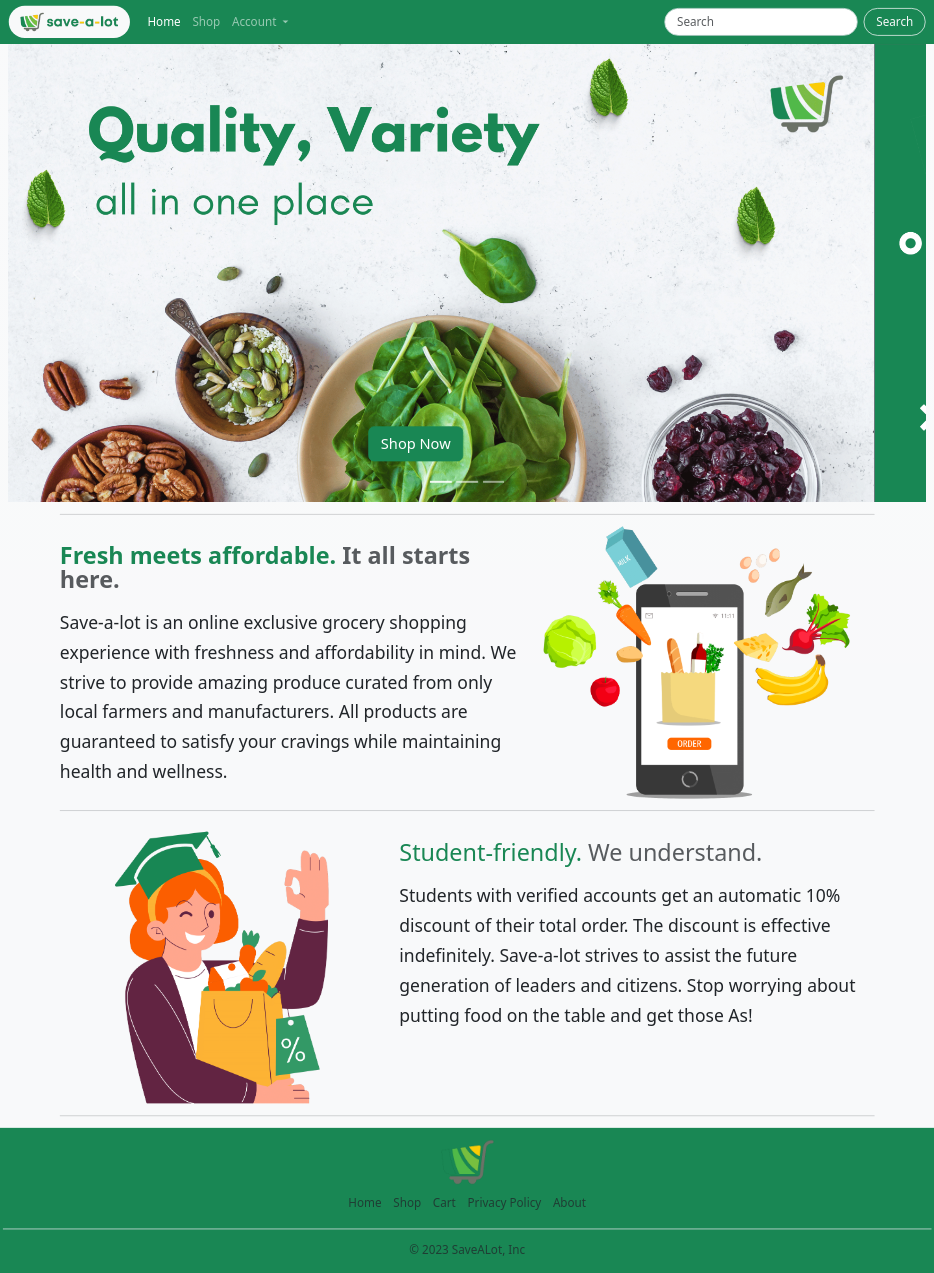
Repository: bill071194/savealot
Page: savealot/resources/views/index.blade.php
The author's editor kept a record of every edit. The page is drawn from the files as they stood at one moment, then again after the next edit.
The browser window is 1280 px wide. The pictures show the whole page, at 73% of full size.
The page is served by the project's Laravel application, run on PHP 8.4 with Laravel 10. Other server files are loaded and not shown. The template is opened directly, without the code that normally fills it, so the values that code supplies are empty.

Above is the page before.

### savealot/routes/web.php
<?php

use Illuminate\Support\Facades\Route;
use App\Http\Controllers\Auth\LoginController;
use App\Http\Controllers\Auth\RegisterController;
use App\Http\Controllers\InventoryController;
use App\Http\Controllers\OrderController;

/*
|--------------------------------------------------------------------------
| Web Routes
|--------------------------------------------------------------------------
|
| Here is where you can register web routes for your application. These
| routes are loaded by the RouteServiceProvider and all of them will
| be assigned to the "web" middleware group. Make something great!
|
*/

// Adding more default view in //
// Route::view('/index', 'index');
Route::view('/shop', 'shop');
Route::view('/login', 'login');
Route::view('/register', 'register');
// Route::view('/cart', 'cart');
Route::view('/admin', 'admin');
// Route::get('/{page}', function (string $page) {
//     return view("$page");
// });
// These might all be phased out later //



// Route::get('/', function () {
//     return view('index.html');
// });

// Route::get('/', function () {
//     return view('index');
// });

Auth::routes();

Route::get('/home', [App\Http\Controllers\HomeController::class, 'index'])->name('home');

// Route::resource('inventory',InventoryController::class)
//     ->only(['index']);

// Route::get('/inventory', [App\Http\Controllers\InventoryController::class, 'index']);
// Route::get('/inventory/{id}', [App\Http\Controllers\InventoryController::class, 'show']);
Route::get('/shop', [App\Http\Controllers\InventoryController::class, 'shop']);


Route::controller(InventoryController::class)->group(function () {
    Route::get('/', 'homepage');
    Route::get('/index', 'homepage');
    Route::get('/inventory', 'index');
    Route::get('/inventory/create', 'create');
    Route::post('/inventory/create', 'store');
    Route::get('/inventory/{id}', 'edit');
    Route::post('/inventory/{id}', 'update');
    Route::post('/inventory/{id}/destroy', 'destroy');
    Route::get('/shop/{id}', 'show');
    Route::post('/shop/{id}/addToCart', 'addToCart');
    Route::post('/shop/{id}/removeFromCart', 'removeFromCart');
    Route::get('/search', 'search');
    Route::get('/cart', 'cart');
    Route::post('/emptyCart', 'emptyCart');
});

Route::controller(OrderController::class)->group(function () {
   Route::post('/cart/checkout', 'checkOut');
});

### savealot/resources/views/index.blade.php
@extends('layouts.base1b')

@section('title', 'Save-a-lot Home')
@section('activeHome', 'active')

@section('main')
<div id="myCarousel" class="carousel slide" data-bs-ride="carousel">
    <div class="carousel-indicators">
      <button type="button" data-bs-target="#myCarousel" data-bs-slide-to="0" class="active" aria-label="Slide 1" aria-current="true"></button>
      <button type="button" data-bs-target="#myCarousel" data-bs-slide-to="1" aria-label="Slide 2" class=""></button>
      <button type="button" data-bs-target="#myCarousel" data-bs-slide-to="2" aria-label="Slide 3" class=""></button>
    </div>
    <div class="carousel-inner">
      <div class="carousel-item active">
        <img src="pics/carousel1.png" alt="carousel1" class="center">
        <div class="container">
          <div class="carousel-caption">
            <p><a class="btn btn-lg btn-success" href="/shop">Shop Now</a></p>
          </div>
        </div>
      </div>
      <div class="carousel-item">
        <img src="pics/carousel2.png" alt="carousel2" class="center">
        <div class="container">
          <div class="carousel-caption text-end">
            <p><a class="btn btn-lg btn-light" href="/register">Register Now</a></p>
          </div>
        </div>
      </div>
      <div class="carousel-item">
        <img src="pics/carousel3.png" alt="carousel3" class="center">
        <div class="container">
        </div>
      </div>
    </div>
    <button class="carousel-control-prev" type="button" data-bs-target="#myCarousel" data-bs-slide="prev">
      <span class="carousel-control-prev-icon" aria-hidden="true"></span>
      <span class="visually-hidden">Previous</span>
    </button>
    <button class="carousel-control-next" type="button" data-bs-target="#myCarousel" data-bs-slide="next">
      <span class="carousel-control-next-icon" aria-hidden="true"></span>
      <span class="visually-hidden">Next</span>
    </button>
</div>

<div class="container marketing">

    <!-- START THE FEATURETTES -->

    <hr class="featurette-divider">

    <div class="row featurette">
      <div class="col-md-7">
        <br>
        <h2 class="featurette-heading fw-bold lh-1 text-success">Fresh meets affordable. <span class="text-body-secondary">It all starts here.</span></h2>
        <p class="lead">Save-a-lot is an online exclusive grocery shopping experience with freshness and affordability in mind. We strive to
        provide amazing produce curated from only local farmers and manufacturers. All products are guaranteed to satisfy your cravings while maintaining
        health and wellness.</p>
      </div>
      <div class="col-md-5">
        <img class="featurette" src="pics/featurette1.png">
      </div>
    </div>

    <hr class="featurette-divider">

    <div class="row featurette">
      <div class="col-md-7 order-md-2">
        <br>
        <h2 class="featurette-heading fw-normal lh-1 text-success">Student-friendly. <span class="text-body-secondary">We understand.</span></h2>
        <p class="lead">Students with verified accounts get an automatic 10% discount of their total order. The discount is effective indefinitely.
        Save-a-lot strives to assist the future generation of leaders and citizens. Stop worrying about putting food on the table and get those As!</p>
      </div>
      <div class="col-md-5 order-md-1">
        <img class="featurette" src="pics/featurette2.png">
      </div>
    </div>

    <hr class="featurette-divider">

    <!-- /END THE FEATURETTES -->

  </div>

@endsection

### savealot/resources/views/layouts/base1b.blade.php
<!DOCTYPE html>
<html lang="en">
<head>
	<title>@yield('title')</title>
	<meta charset="utf-8">
	<meta name="viewport" content="width=device-width, initial-scale=1">
	<!-- CSRF Token -->
    <meta name="csrf-token" content="{{ csrf_token() }}">
	{{-- <link rel="stylesheet" href="https://cdn.jsdelivr.net/npm/bootstrap@5.3.0-alpha1/dist/css/bootstrap.min.css"> --}}
	<link rel="stylesheet" href="bootstrap.css">
	<!-- <link rel="stylesheet" href="https://cdn.jsdelivr.net/npm/bootstrap-icons@1.10.3/font/bootstrap-icons.css"> -->
	<link href="/docs/5.3/dist/css/bootstrap.min.css" rel="stylesheet" integrity="sha384-KK94CHFLLe+nY2dmCWGMq91rCGa5gtU4mk92HdvYe+M/SXH301p5ILy+dN9+nJOZ" crossorigin="anonymous">
    <link rel="canonical" href="https://getbootstrap.com/docs/5.3/examples/carousel/">
    <!-- Favicons -->
    <link rel="apple-touch-icon" href="/docs/5.3/assets/img/favicons/apple-touch-icon.png" sizes="180x180">
    <link rel="icon" href="/docs/5.3/assets/img/favicons/favicon-32x32.png" sizes="32x32" type="image/png">
    <link rel="icon" href="/docs/5.3/assets/img/favicons/favicon-16x16.png" sizes="16x16" type="image/png">
    <link rel="manifest" href="/docs/5.3/assets/img/favicons/manifest.json">
    <link rel="mask-icon" href="/docs/5.3/assets/img/favicons/safari-pinned-tab.svg" color="#712cf9">
    <link rel="icon" href="/docs/5.3/assets/img/favicons/favicon.ico">
    <link href="carousel.css" rel="stylesheet">
    <meta name="theme-color" content="#712cf9">


    <style>
        .center {
        display: block;
        margin-left: auto;
        margin-right: auto;
        width: 100%;
        }

        .featurette {
            width: 100%;
        }

      @media (min-width: 768px) {
        .bd-placeholder-img-lg {
          font-size: 3.5rem;
        }
      }

      .b-example-divider {
        width: 100%;
        height: 3rem;
        background-color: rgba(0, 0, 0, .1);
        border: solid rgba(0, 0, 0, .15);
        border-width: 1px 0;
        box-shadow: inset 0 .5em 1.5em rgba(0, 0, 0, .1), inset 0 .125em .5em rgba(0, 0, 0, .15);
      }

      .b-example-vr {
        flex-shrink: 0;
        width: 1.5rem;
        height: 100vh;
      }

      .bi {
        vertical-align: -.125em;
        fill: currentColor;
      }

      .nav-scroller {
        position: relative;
        z-index: 2;
        height: 2.75rem;
        overflow-y: hidden;
      }

      .nav-scroller .nav {
        display: flex;
        flex-wrap: nowrap;
        padding-bottom: 1rem;
        margin-top: -1px;
        overflow-x: auto;
        text-align: center;
        white-space: nowrap;
        -webkit-overflow-scrolling: touch;
      }

      .btn-bd-primary {
        --bd-violet-bg: #712cf9;
        --bd-violet-rgb: 112.520718, 44.062154, 249.437846;

        --bs-btn-font-weight: 600;
        --bs-btn-color: var(--bs-white);
        --bs-btn-bg: var(--bd-violet-bg);
        --bs-btn-border-color: var(--bd-violet-bg);
        --bs-btn-hover-color: var(--bs-white);
        --bs-btn-hover-bg: #6528e0;
        --bs-btn-hover-border-color: #6528e0;
        --bs-btn-focus-shadow-rgb: var(--bd-violet-rgb);
        --bs-btn-active-color: var(--bs-btn-hover-color);
        --bs-btn-active-bg: #5a23c8;
        --bs-btn-active-border-color: #5a23c8;
      }

      .bd-mode-toggle {
        z-index: 1500;
      }

      .lead {
        margin-top: 1em;
        font-size: 1.5em;
        line-height: 1.7em;
      }

	</style>
    </style>

    <!-- Custom styles for this template -->
    <link href="carousel.css" rel="stylesheet">
	<script src="https://cdn.jsdelivr.net/npm/bootstrap@5.3.0-alpha1/dist/js/bootstrap.bundle.min.js"></script>
	<script src="/docs/5.3/assets/js/color-modes.js"></script>
</head>

<body class="min-vh-100 d-flex flex-column bg-light bg-gradient">
	<nav class="navbar navbar-expand-sm navbar-dark bg-success fixed-top">
		<div class="container-fluid align-middle">
			<a class="navbar-brand badge text-bg-light text-success fs-5 rounded-5" href="index">
			    <img src="pics/savealot_full.png" alt="savealot_logo" style="width:140px;height:30px;">
			</a>
            <button class="navbar-toggler" type="button" data-bs-toggle="collapse" data-bs-target="#navbarSupportedContent" aria-controls="navbarSupportedContent" aria-expanded="false" aria-label="Toggle navigation">
                <span class="navbar-toggler-icon"></span>
			</button>
			<div class="collapse navbar-collapse" id="navbarSupportedContent">
                <ul class="navbar-nav me-auto">
                    <li class="nav-item">
                        <a class="nav-link @yield('activeHome')" aria-current="page" href="index">Home</a>
                    </li>
                    <li class="nav-item">
                        <a class="nav-link @yield('activeShop')" href="shop">Shop</a>
                    </li>
                    <li class="nav-item dropdown">
                        <a class="nav-link dropdown-toggle" href="#" role="button" data-bs-toggle="dropdown" aria-expanded="false">
                            @auth
                                {{Auth::user()->name}}
                            @endauth
                            @guest
                                Account
                            @endguest
                        </a>
                        <ul class="dropdown-menu mb-2">
                            @auth
                                <a class="dropdown-item" href="{{ route('logout') }}"
                                onclick="event.preventDefault();
                                document.getElementById('logout-form').submit();">
                                    {{ __('Logout') }}
                                </a>
                                <form id="logout-form" action="{{ route('logout') }}" method="POST" class="d-none">
                                    @csrf
                                </form>
                            @endauth
                            @guest
                                <li><a class="dropdown-item @yield('activeLogin')" href="/login">Login</a></li>
                                <li><a class="dropdown-item @yield('activeRegister')" href="/register">Register</a></li>
                            @endguest
                            <li><hr class="dropdown-divider"></li>
                            <li><a class="dropdown-item @yield('activeCart')" href="/cart">Cart</a></li>
                            @isset(Auth::user()->email)
                                <li><a class="dropdown-item @yield('activeOrderHistory')" href="/orderhistory">Order History</a></li>
                                @if (Auth::user()->email == "saladmin@localhost")
                                    <li><a class="dropdown-item @yield('activeAdmin')" href="/admin">Admin</a></li>
                                @endif
                            @endisset
                        </ul>
                    </li>
                </ul>
				<form class="d-flex" action="/search" method="get" role="search">
                    <input class="form-control me-2 rounded-5 px-3" type="search" name="search" placeholder="Search" aria-label="Search">
                    <input class="btn btn-outline-light rounded-5 px-3" type="submit" value="Search">
				</form>
			</div>
		</div>
	</nav>

	<main style="margin-top: 3.75rem" class="container-fluid flex-grow-1">
		@yield('main')
	</main>

<footer class="container-fluid p-1 bg-success text-center">
		<div style="margin-top: 0.5rem"></div>
		<img src="pics/savealot_cart.png" alt="savealot_logo" style="width:80px;height:70px;">
        <ul class="nav justify-content-center border-bottom pb-3 mb-3">
          <li class="nav-item">
            <a href="index" class="nav-link px-2 text-body-secondary">Home</a>
          </li>
          <li class="nav-item">
            <a href="shop" class="nav-link px-2 text-body-secondary">Shop</a>
          </li>
          <li class="nav-item">
            <a href="cart" class="nav-link px-2 text-body-secondary">Cart</a>
          </li>
          <li class="nav-item">
            <a href="privacy" class="nav-link px-2 text-body-secondary"
              >Privacy Policy</a>
          </li>
          <li class="nav-item">
            <a href="#" class="nav-link px-2 text-body-secondary">About</a>
          </li>
        </ul>
        <p class="text-center text-body-secondary">© 2023 SaveALot, Inc</p>
    </div>
	</footer>

</body>
</html>

Loaded but not shown: savealot/app/Http/Controllers/Auth/ConfirmPasswordController.php (common file); savealot/app/Http/Controllers/Controller.php (common file); savealot/public/bootstrap.css (library)

After the next edit:
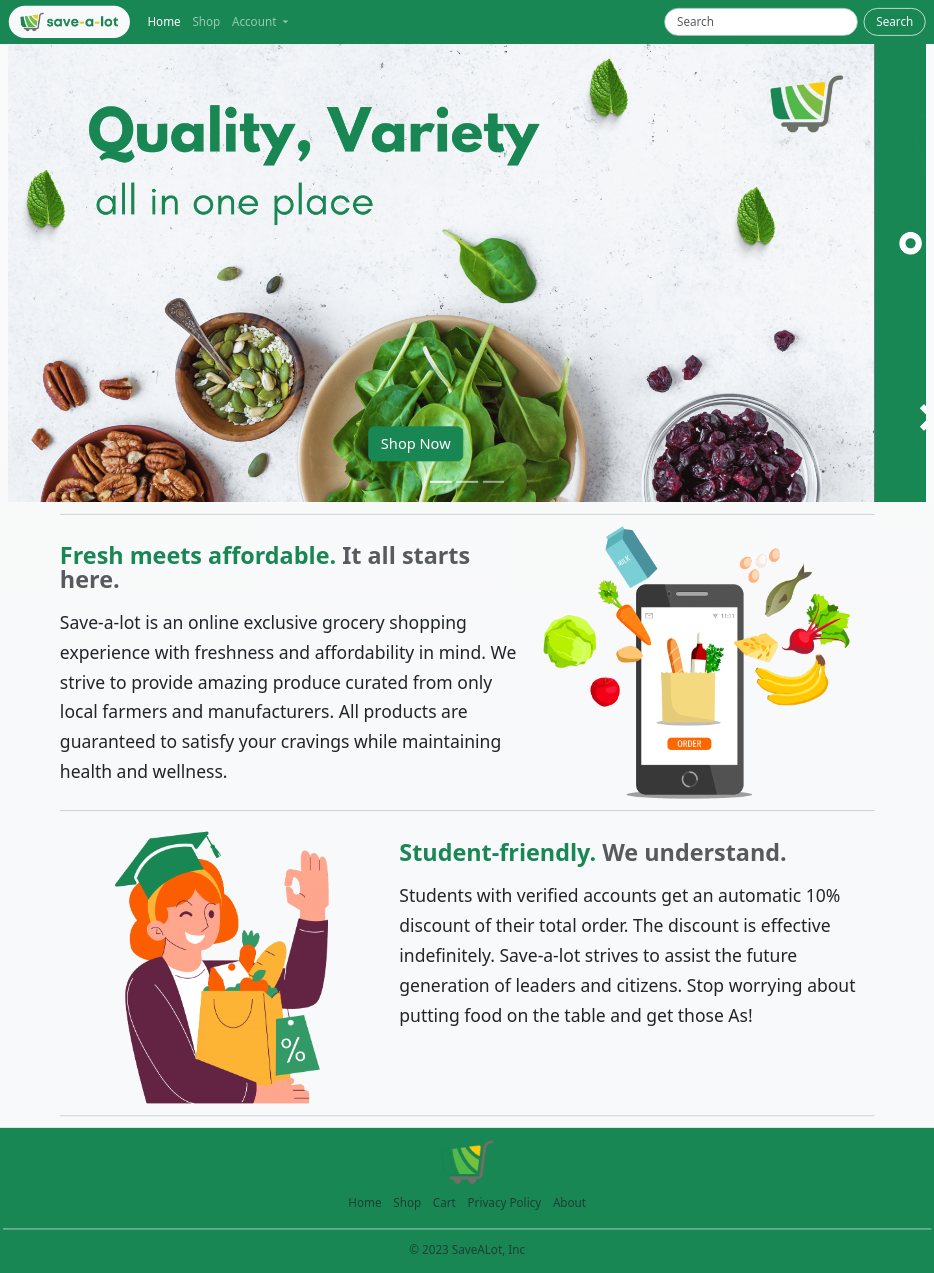
The edit:
--- a/savealot/resources/views/index.blade.php
+++ b/savealot/resources/views/index.blade.php
@@ -67,8 +67,8 @@
     <div class="row featurette">
       <div class="col-md-7 order-md-2">
         <br>
-        <h2 class="featurette-heading fw-normal lh-1 text-success">Student-friendly. <span class="text-body-secondary">We understand.</span></h2>
-        <p class="lead">Students with verified accounts get an automatic 10% discount of their total order. The discount is effective indefinitely.
+        <h2 class="featurette-heading fw-bold lh-1 text-success">Student-friendly. <span class="text-body-secondary">We understand.</span></h2>
+        <p class="lead">Students with verified accounts get an automatic <strong>10% discount</strong> of their total order. The discount is effective indefinitely.
         Save-a-lot strives to assist the future generation of leaders and citizens. Stop worrying about putting food on the table and get those As!</p>
       </div>
       <div class="col-md-5 order-md-1">
